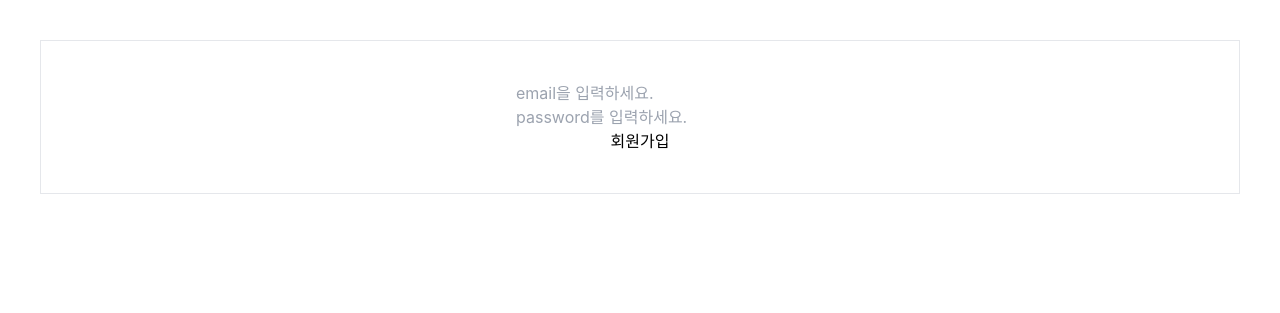
Repository: Hwang-uihyuk/wanted-pre-onboarding-frontend
Page: /signin
The author's editor kept a copy of each file at every save. The page is drawn from the files as they stood at one save, then again after a run of saves.
The browser window is 1280 px wide. The pictures show the whole page.
The project was rebuilt for these pictures with package versions that can differ from the ones it lists, and the page was loaded fresh each time. Also part of the build but not shown: src/App.css, src/pages/Home.jsx, src/pages/SignUp.jsx, src/pages/NotFound.jsx, src/pages/Todo.jsx.

Above is the page before, as saved 2023-02-07 22:21:33.

After the next 2 saves:
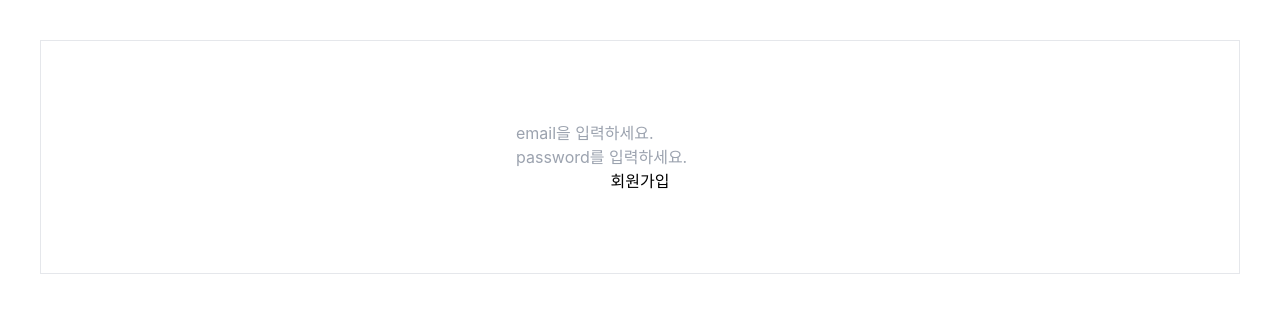
The 2 saves are shown as one change because they came seconds apart.
The last was saved 10 s later.
--- a/src/pages/SignIn.jsx
+++ b/src/pages/SignIn.jsx
@@ -58,7 +58,7 @@ export default function SignIn() {
 
   return (
     <div>
-       <form className='flex flex-col items-center self-center m-10 p-10 h-1000 w-flex border' >
+       <form className='flex flex-col items-center self-center m-10 p-20 h-1000 w-flex border' >
        <input
         data-testid="email-input"
         placeholder='email을 입력하세요.'
